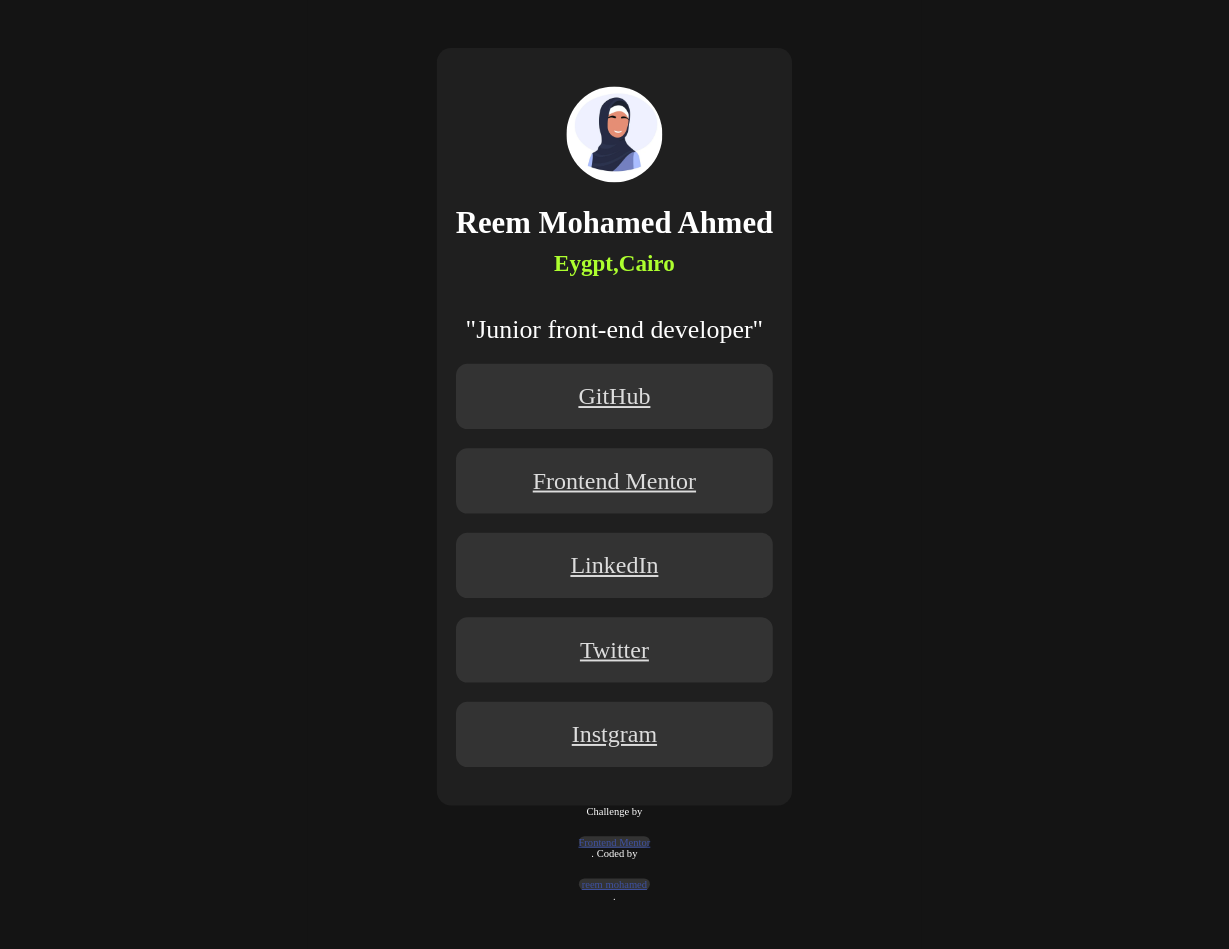
Repository: reemoon-ctrl/social_links_profile_main
Page: index.html
An editor plug-in stored every save of this project. The page is shown before and after a run of saves, followed by the edit.
The browser window is 1280 px wide. The pictures show the whole page, at 96% of full size.

Above is the page before, as saved 2024-07-23 11:06:03.

### index.html
<!DOCTYPE html>
<html lang="en">
<head>
  <meta charset="UTF-8">
  <meta name="viewport" content="width=device-width, initial-scale=1.0"> <!-- displays site properly based on user's device -->

  <link rel="icon" type="image/png" sizes="32x32" href="./assets/images/favicon-32x32.png">

  <title>Frontend Mentor | Social links profile</title>

  <!-- Feel free to remove these styles or customise in your own stylesheet 👍 -->
  <style>
    .attribution { font-size: 11px; text-align: center; }
    .attribution a { color: hsl(228, 45%, 44%); }
  </style>
  <link rel="stylesheet" href="index.css"/>
</head>
<body>
  <main>
    <div class="position-container">
      <div class="container">
      <div class="head-container">
      <img src="/depositphotos_668859444-stock-illustration-arab-woman-face-covered-hijab.jpg" alt="person-img">
      <h1>Reem Mohamed Ahmed</h1>
      <h2>Eygpt,Cairo</h2>
      <p>"Junior front-end developer"</p>
      </div>
      <div class="form-container">
      <a href="https://github.com/reemoon-ctrl">GitHub</a>
      <a href="https://www.frontendmentor.io/reemoon-ctrl">Frontend Mentor</a>
      <a href="https://www.linkedin.com/in/reem-mohamed-ahmed-mohamed-hamd">LinkedIn</a>
      <a href="#">Twitter</a>
      <a href="#">Instgram</a>
      </div>
    </div>
    <footer>
      <div class="attribution">
        Challenge by <a href="https://www.frontendmentor.io?ref=challenge" target="_blank">Frontend Mentor</a>.
Coded by <a href="https://www.frontendmentor.io/reemoon-ctrl">reem mohamed</a>.
      </div>
   </footer>
    </div>
 </main>

</body>
</html>

### index.css
*{
    box-sizing: border-box;
    margin:0px;
    padding: 0px;
}

body{
    position: relative;

    min-height: 100vh;
    background: hsl(0, 0%, 8%);

}
.position-container{
    display: flex;
    flex-direction: column;
    /* border:1px solid #ddd; */
    margin :auto;
    width: 50%;
    padding:50px;
    min-height:100vh;
    align-items: center;
    justify-content: center;
    text-align: center;
    background:hsl(0, 0%, 8%);

}
.container{
    height:max-content;
    background: #1f1f1f;
    border-radius: 15px;
    padding: 40px 20px;
}

.form-container a{
    font-size: 25px;
    width:100%;
    padding:20px;
    border:0px;
}
img{
    width: 100px;
    height: 100px;
    border-radius:70px ;
    margin-bottom: 20px;
}
h1{
    margin-bottom: 10px;
    color:#fff;
}
h2{
    margin-bottom: 40px;
    color:greenyellow;
}
p{
    font-size: 27px;
    color:#fff;
}
a{
    display: block;
    margin-top: 20px;
    border-radius:12px;
    background: hsl(0, 0%, 20%);
    color:#ddd;
    cursor: pointer;

}
a:hover{
    background: greenyellow;
    color:#1f1f1f;
}
footer{
align-self: flex-end;
    margin: auto;
    color: #fff;
    font-size: 30px;

}

After the next 3 saves:
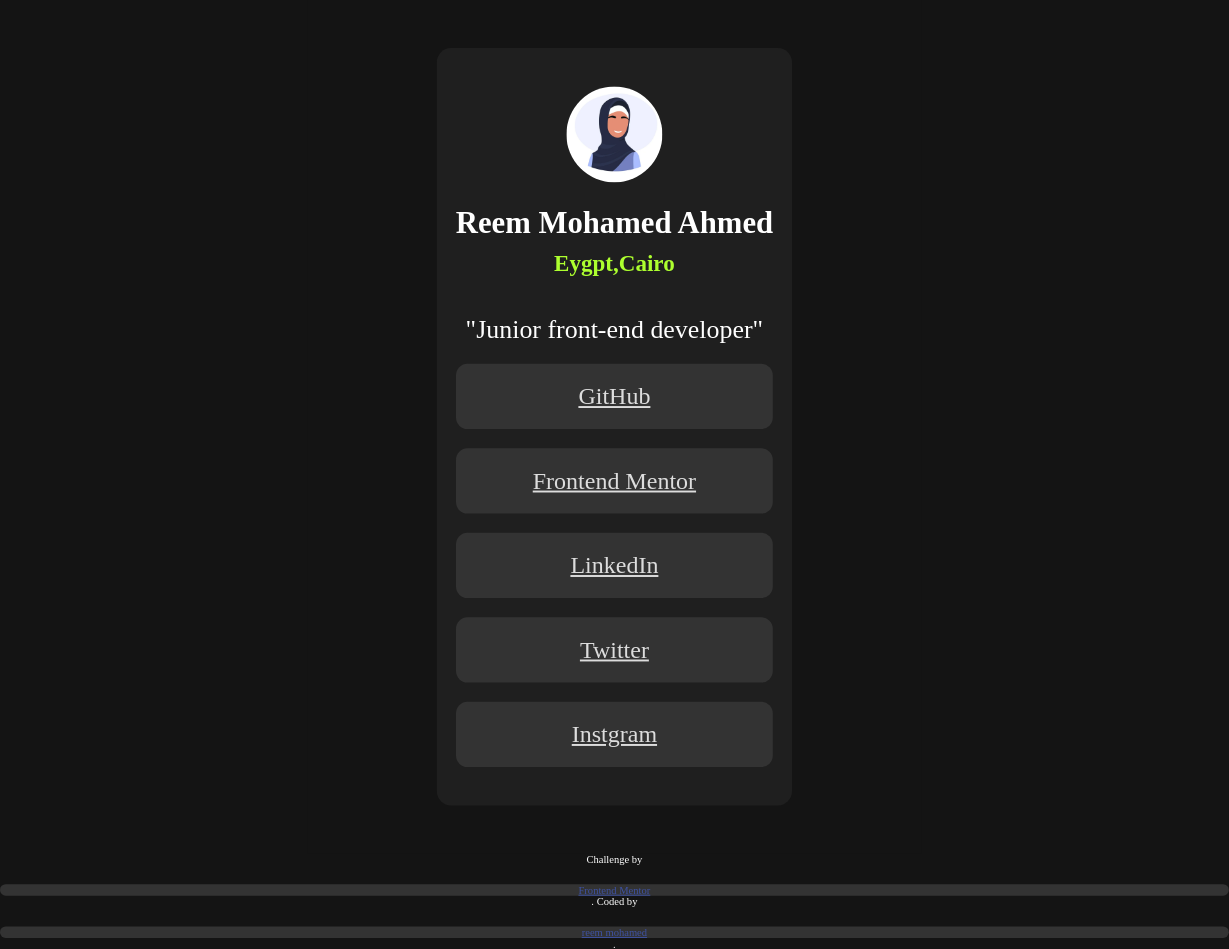
The 3 saves are shown as one change because they came seconds apart.
The last was saved 12 s later.
--- a/index.html
+++ b/index.html
@@ -33,14 +33,15 @@
       <a href="#">Instgram</a>
       </div>
     </div>
-    <footer>
-      <div class="attribution">
-        Challenge by <a href="https://www.frontendmentor.io?ref=challenge" target="_blank">Frontend Mentor</a>.
-Coded by <a href="https://www.frontendmentor.io/reemoon-ctrl">reem mohamed</a>.
-      </div>
-   </footer>
+
     </div>
  </main>
+ <footer>
+  <div class="attribution">
+    Challenge by <a href="https://www.frontendmentor.io?ref=challenge" target="_blank">Frontend Mentor</a>.
+    Coded by <a href="https://www.frontendmentor.io/reemoon-ctrl">reem mohamed</a>.
+  </div>
+</footer>
 
 </body>
 </html>
